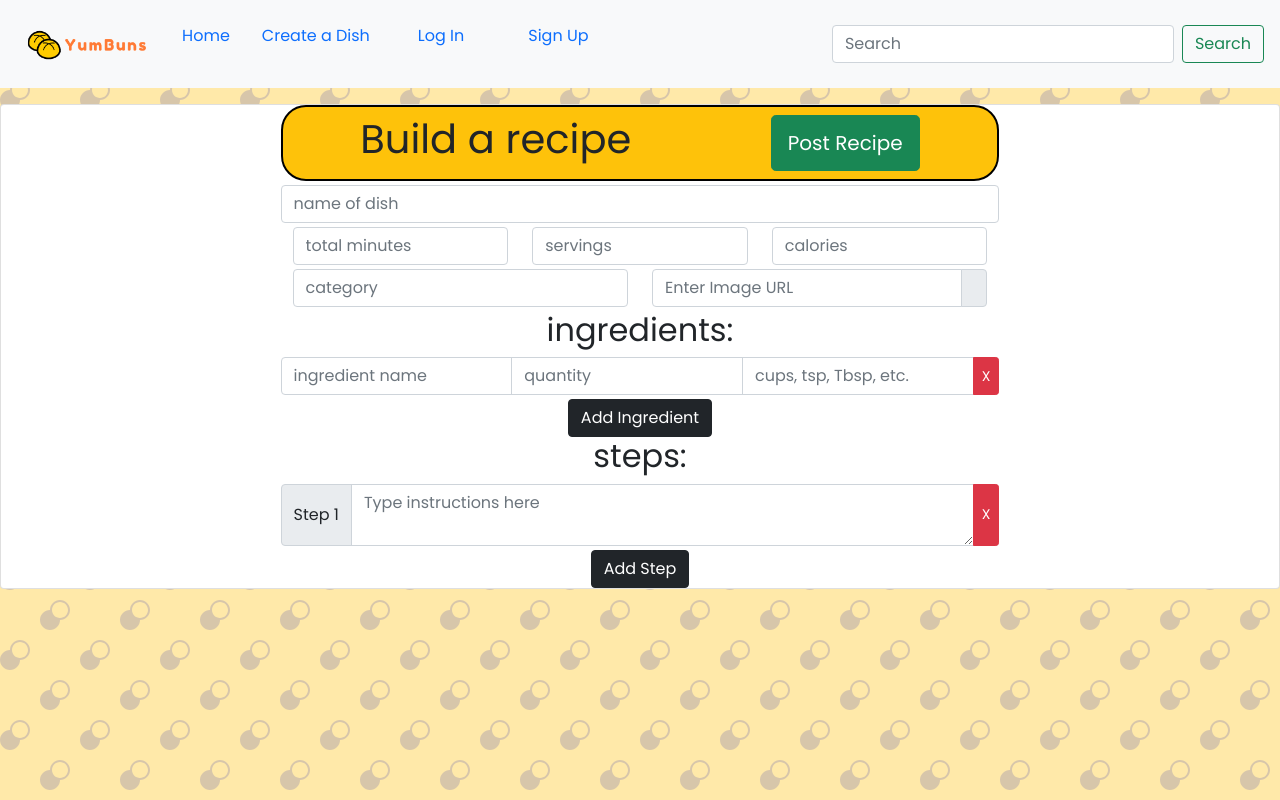
Repository: mottad14/yumBuns
Page: /create (app in client/)
These files come from the project's save history. The page is drawn as it stood at one moment and after the next save; the edit follows.
The browser window is 1280 px wide. The pictures show the whole page.
Some web fonts or font styles are not loaded; a fallback is used. The project was rebuilt for these pictures with package versions that can differ from the ones it lists, and the page was loaded fresh each time. Also part of the build but not shown: client/src/components/RecipePreview.js, client/src/views/Main.js, client/src/views/Login.js, client/src/views/NewAccount.js, client/src/views/Recipe.js, client/src/components/SubscribePop.css, client/src/components/SignUp.jsx, client/src/components/SubscribePop.js.

Above is the page before, as saved 2022-07-30 14:05:43.

### client/public/index.html
<!DOCTYPE html>
<html lang="en">
  <head>
    <meta charset="utf-8" />
    <link rel="icon" href="%PUBLIC_URL%/favicon.ico" />
    <meta name="viewport" content="width=device-width, initial-scale=1" />
    <meta name="theme-color" content="#000000" />
    <meta
      name="description"
      content="Web site created using create-react-app"
    />
    <!--
      Notice the use of %PUBLIC_URL% in the tags above.
      It will be replaced with the URL of the `public` folder during the build.
      Only files inside the `public` folder can be referenced from the HTML.

      Unlike "/favicon.ico" or "favicon.ico", "%PUBLIC_URL%/favicon.ico" will
      work correctly both with client-side routing and a non-root public URL.
      Learn how to configure a non-root public URL by running `npm run build`.
    -->
    <title>Yumbuns</title>
  </head>
  <body>
    <noscript>You need to enable JavaScript to run this app.</noscript>
    <div id="root"></div>
    <!--
      This HTML file is a template.
      If you open it directly in the browser, you will see an empty page.

      You can add webfonts, meta tags, or analytics to this file.
      The build step will place the bundled scripts into the <body> tag.

      To begin the development, run `npm start` or `yarn start`.
      To create a production bundle, use `npm run build` or `yarn build`.
    -->
  </body>
</html>

### client/src/index.js
import React from 'react';
import ReactDOM from 'react-dom';
import './index.css';
import App from './App';
import reportWebVitals from './reportWebVitals';
import {BrowserRouter} from "react-router-dom";

ReactDOM.render(
    <React.StrictMode>
      <BrowserRouter>
            <App />
      </BrowserRouter>
    </React.StrictMode>,
    document.getElementById('root')
);



// If you want to start measuring performance in your app, pass a function
// to log results (for example: reportWebVitals(console.log))
// or send to an analytics endpoint. Learn more: https://bit.ly/CRA-vitals
reportWebVitals();

### client/src/App.js
import React from 'react';
import 'bootstrap/dist/css/bootstrap.min.css';
import {Switch, Route} from "react-router-dom";
import './App.css';
import NavBar from './components/NavBar';
import Main from './views/Main';
import Login from './views/Login'
import NewAccount from "./views/NewAccount"
import Create from './views/Create';
import Recipe from './views/Recipe';
import SubscribePop from './components/SubscribePop';
import {useState, useEffect} from 'react'
import { AuthContextProvider } from "./contexts/AuthContext";
import eating from "./imgs/subscribe.svg"



function App() {
  const [timedPopup, setTimedPopup] = useState (false);

  useEffect(() => {
    setTimeout(() => {
      setTimedPopup(true)
    }, 45000)
  }, [])


  return (

    <div className="App" >
      <div >

          <div className="">
              <AuthContextProvider>
                <NavBar/>
                  <Switch>
                    <Route exact path="/">
                      <Main/>
                    </Route>

                    <Route exact path="/login">
                      <Login/>
                    </Route>

                    <Route exact path="/signup">
                      <NewAccount/>
                    </Route>

                    <Route path="/view/single/:_id">
                      <Recipe/>
                    </Route>

                    <Route exact path="/create">
                      <Create/>
                    </Route>
                  </Switch>

                  <SubscribePop trigger={timedPopup} setTrigger={setTimedPopup}>
                  </SubscribePop>
              </AuthContextProvider>

          </div>
       </div>
    </div>
  );
}

export default App;

### client/src/App.css
@import url('https://fonts.googleapis.com/css2?family=BIZ+UDGothic&family=Poppins&display=swap');


.App {
  background-color: #ffe9a9;
  background-image: url("data:[embedded picture, 584 characters]");
  font-family: 'Poppins', sans-serif;
  text-align: center;
  min-height: 800px;
}

.recipePreview{
  border: 3px solid rgb(177, 177, 177);
  min-height: 300px;
  width: 250px;
  background-color: rgb(254, 194, 10);
  border-left-style: dotted;
  border-right-style: dotted;
  border-radius: 10%;

}

.recipePreview > img{
  width: 95%;
  border-radius: 10%;
}
.recipePreview >div{
  align-items: center;

}

.Logo{
  margin-left: 10px;
  height: 30px;
}

.sticky{
  position: sticky;
  top: 0;
  z-index: 999;
  background-color: rgb(254, 194, 10);
  border: 2px solid black;
  border-radius: 25px;
}

.thumbnailBox > img{
  height: 40px;
}

.thumbnailBox > img:hover{
  height: 125px;
}

### client/src/components/NavBar.js
import React from "react";
import { Link } from "react-router-dom"
import Nav from 'react-bootstrap/Nav';
import YumBuns from "../imgs/YumBunsLogo.png"

const NavBar = (props) => {
    return(
            <nav className="navbar navbar-expand-sm bg-light mb-3">
                <Link className="navbar-brand mx-3" to="/">  <img className="Logo" src={YumBuns} alt="Logo" /> </Link>

                <div className="collapse navbar-collapse" id="navbarSupportedContent">
                <ul className="navbar-nav me-auto mb-2 mb-lg-0">
                    <li className="nav-item">
                    <Nav.Link> <Link className="nav-link btn-outline-warning" aria-current="page" to="/">Home</Link> </Nav.Link>
                    </li>
                    <li className="nav-item">
                    <Nav.Link> <Link className="nav-link btn-outline-warning" to="/create">Create a Dish</Link> </Nav.Link>
                    </li>
                    <li className="nav-item">
                    <Nav.Link> <Link className="nav-link d-flex mx-3 btn-outline-warning" to="/login"> Log In</Link> </Nav.Link>
                    </li>
                    <li className="nav-item">
                    <Nav.Link>  <Link className="nav-link d-flex mx-3 btn-outline-warning" to="/signup">    <p onClick={() => props.setTrigger(true)}> Sign Up </p>    </Link> </Nav.Link>
                    </li>
                </ul>
                <form className="d-flex mx-3" role="search">
                    <input className="form-control me-2" type="search" placeholder="Search" aria-label="Search" />
                    <button className="btn btn-outline-success" type="submit">Search</button>
                </form>
            </div>
            </nav>
    )
}

export default NavBar;

### client/src/views/Create.js
import React, {useState} from "react";
import axios from "axios"
import { useHistory } from "react-router-dom";
import { Card } from "react-bootstrap";


const Create = (props) => {
    const [form, setForm] = useState({
        name:"",
        minutes: 0,
        servings: null,
        calories: null,
        category: "",
        imgURL: "",
        steps:[""], //Steps is going to need its own onChange-handler
        ingredients:[ //Ingredients will also need its own onChange-handler
            {amount: "", name:"", measurement:""}
        ]
    })

    const history = useHistory();

    const onChangeHandler = (event) =>{
        setForm({
            ...form,
            [event.target.name]: event.target.value
        })
    }

    const onAddStep = (event)=>{
        event.preventDefault();
        const copyForm = {...form};
        copyForm.steps.push("")
        setForm(copyForm);

    }

    const onAddIngredient = (event) =>{
        event.preventDefault();
        const copyForm = {...form};
        copyForm.ingredients.push({ amount: undefined, name: "", measurement: ""})
        setForm(copyForm);
    }

    const onRemoveIngredient = (event, i)=>{
        event.preventDefault();
        const copyForm = {...form}
        copyForm.ingredients.splice(i,1)
        setForm(copyForm)
    }

    const onRemoveStep = (event, i)=>{
        event.preventDefault();
        const copyForm = {...form}
        copyForm.steps.splice(i,1)
        setForm(copyForm)
    }

    const onChangeStep = (event, i)=>{
        const copyForm = {...form};
        copyForm.steps[i] = event.target.value;
        setForm(copyForm)
    }

    const onChangeIngredient = (event, i) => {
        const copyForm = {...form};
        copyForm.ingredients[i][event.target.name] = event.target.value;
        setForm(copyForm);
    }

    const onSubmitHandler = (event) => {
        event.preventDefault();
        axios.post("http://localhost:8000/api/recipes/create", form)
            .then(res=>{
                history.push("/");
            })
            .catch(err=>{
                console.log(err)
            })
    };

    return (
        <Card  style={{display: "flex", justifyContent: "center", backgroundColor: "white", maxWidth: "1000"}}>

           <form className="d-block w-75 mx-auto" onSubmit={onSubmitHandler}>
               <div className="d-flex justify-content-around sticky d-block w-75 mx-auto p-2">
                    <h1> Build a recipe</h1>
                    <input type="submit" className="btn btn-lg btn-success" value="Post Recipe" />
                </div>

               <div className="form-group d-block w-75 mx-auto my-1">
                   <input type="text" name="name" onChange={onChangeHandler} className="form-control" placeholder="name of dish" />
               </div>

               <div className="row my-1 w-75 mx-auto">
                   <div className="col">
                       <input type="number" name="minutes" onChange={onChangeHandler} className="form-control" placeholder="total minutes" aria-label="minutes"/>
                   </div>
                    <div className="col">
                       <input type="number" name="servings" onChange={onChangeHandler} className="form-control" placeholder="servings" aria-label="servings"/>
                   </div>
                    <div className="col">
                       <input type="number" name="calories" onChange={onChangeHandler} className="form-control" placeholder="calories" aria-label="calories"/>
                   </div>
               </div>

                <div className="row my-1 w-75 mx-auto">
                   <div className="col">
                       <input type="text" name="category" onChange={onChangeHandler} className="form-control" placeholder="category" aria-label="category"/>
                   </div>
                    <div className="col input-group">
                       <input type="text" name="imgURL" onChange={onChangeHandler} className="form-control" placeholder="Enter Image URL" aria-label="imageURL"/>
                       <span className="input-group-text thumbnailBox">{form.imgURL.length > 0 && <img src={form.imgURL} alt="image thumbnail" />}</span>
                   </div>
               </div>

               <h2>ingredients:</h2>
               {
                   form.ingredients.map((ingredient, i)=> {
                   return (
                       <div key={i} className="input-group my-1 mx-auto w-75">
                        <input type="text" value={ingredient.name} onChange={(event)=>onChangeIngredient(event, i)} className="form-control" placeholder="ingredient name" name="name" aria-label="amount" />
                        <input type="number" value={ingredient.amount} onChange={(event)=>onChangeIngredient(event, i)} className="form-control" placeholder="quantity" name="amount" aria-label="amount" />
                        <input type="text" value={ingredient.measurement} onChange={(event)=>onChangeIngredient(event, i)} className="form-control" placeholder="cups, tsp, Tbsp, etc." name="measurement" aria-label="amount"/>
                        <button  className="btn btn-sm btn-danger" onClick={(event)=>onRemoveIngredient(event, i)}>X</button>
                    </div>)
                   })
               }
                <button onClick={onAddIngredient} className="btn btn-dark">Add Ingredient</button>

               <h2>steps:</h2>
               {
                   form.steps.map((step, i)=>{
                       return <div key={i} className="input-group my-1 mx-auto w-75">
                                <span className="input-group-text" key={i}> Step {i+1}</span>
                                <textarea onChange={(event)=>onChangeStep(event, i)} value={step} placeholder="Type instructions here" className="form-control col-12" aria-label="With textarea"></textarea>
                                <button className="btn btn-sm btn-danger" onClick={(event)=>onRemoveStep(event, i)}>X</button>
                       </div>
                   })
               }
               <button onClick={onAddStep} className="btn btn-dark">Add Step</button>
           </form>

        </Card>
    )

}

export default Create;

### client/src/contexts/AuthContext.js
import { createContext, useContext, useEffect, useState } from "react";
import {createUserWithEmailAndPassword,
    signInWithEmailAndPassword,
    signOut,
    onAuthStateChanged}
    from "firebase/auth"
import { auth } from "../firebase";

const UserContext = createContext();

export const AuthContextProvider = ({children}) => {
    const [user, setUser] = useState({})

    const createUser = (email, password) => {
        return (createUserWithEmailAndPassword(auth, email, password))
    }

    const signIn = (email, password) => {
        return signInWithEmailAndPassword(auth, email, password)
    }

    const logout = () =>{
        return signOut(auth);
    }

    useEffect (() => {
        const unsubscribe = onAuthStateChanged(auth, (currentUser) => {
            console.log(currentUser)
            setUser(currentUser)
        })
        return (() => {
            unsubscribe()
        })
    }, [])

    return (
        <UserContext.Provider value={{ createUser, user, signIn, logout }}>
            {children}
        </UserContext.Provider>
    )
}

export const UserAuth = () =>{
    return useContext(UserContext)
}

### client/src/firebase.js
// Import the functions you need from the SDKs you need
import { initializeApp } from "firebase/app";
import { getAuth } from "firebase/auth";
// TODO: Add SDKs for Firebase products that you want to use
// https://firebase.google.com/docs/web/setup#available-libraries

// Your web app's Firebase configuration
console.log(`The current api key is: ${process.env.REACT_APP_FIREBASE_API_KEY}`)
const firebaseConfig = {
  apiKey: process.env.REACT_APP_FIREBASE_API_KEY,
  authDomain: process.env.REACT_APP_FIREBASE_AUTH_DOMAIN,
  projectId: process.env.REACT_APP_FIREBASE_PROJECT_ID,
  storageBucket: process.env.REACT_APP_FIREBASE_STORAGE_BUCKET,
  messagingSenderId: process.env.REACT_APP_FIREBASE_MESSAGING_SENDER_ID,
  appId: process.env.REACT_APP_FIREBASE_APP_ID,
  measurementId: process.env.REACT_APP_FIREBASE_MEASUREMENT_ID
};

// Initialize Firebase
const app = initializeApp(firebaseConfig);
export const auth = getAuth(app);
export default app;

Loaded but not shown: client/src/index.css (common file); client/src/reportWebVitals.js (common file)

After the next save:
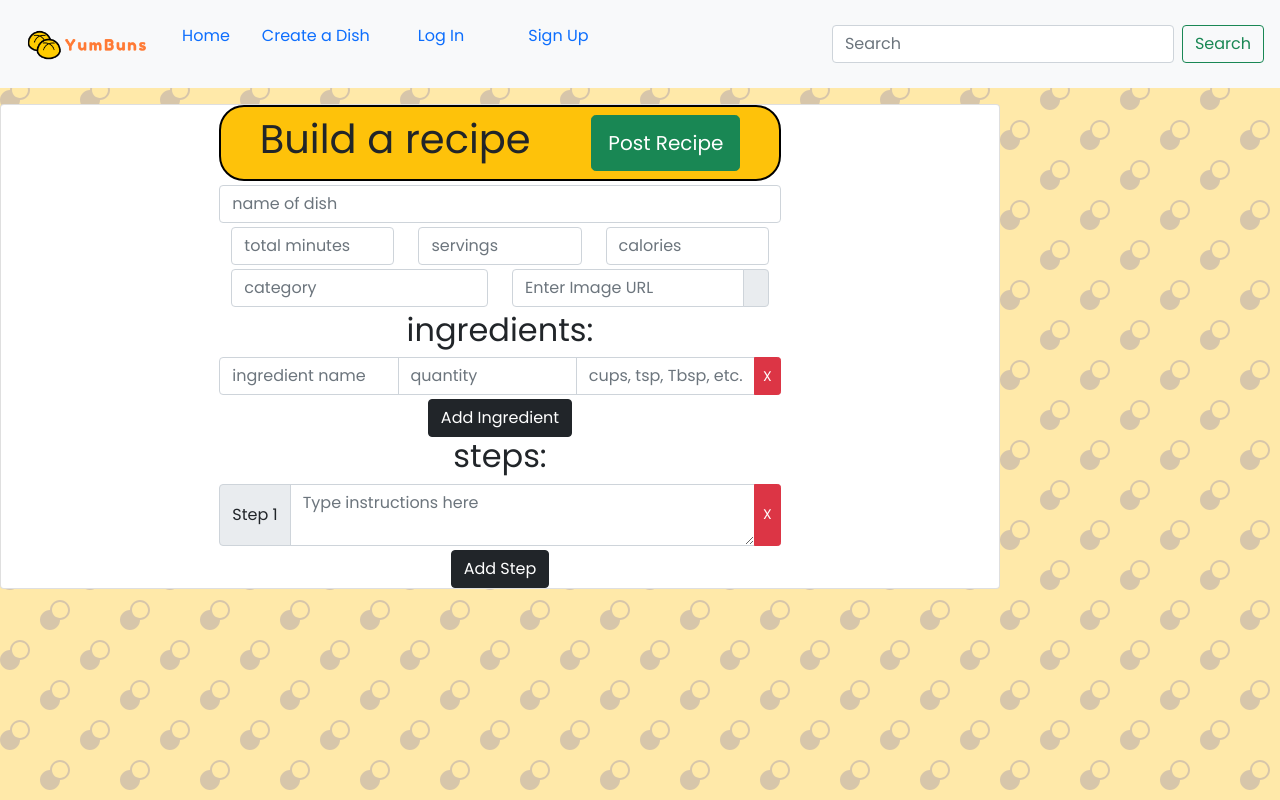
Saved 23 s later.
--- a/client/src/views/Create.js
+++ b/client/src/views/Create.js
@@ -80,7 +80,7 @@ const Create = (props) => {
     };
 
     return (
-        <Card  style={{display: "flex", justifyContent: "center", backgroundColor: "white", maxWidth: "1000"}}>
+        <Card  style={{display: "flex", justifyContent: "center", backgroundColor: "white", maxWidth: "1000px"}}>
 
            <form className="d-block w-75 mx-auto" onSubmit={onSubmitHandler}>
                <div className="d-flex justify-content-around sticky d-block w-75 mx-auto p-2">
